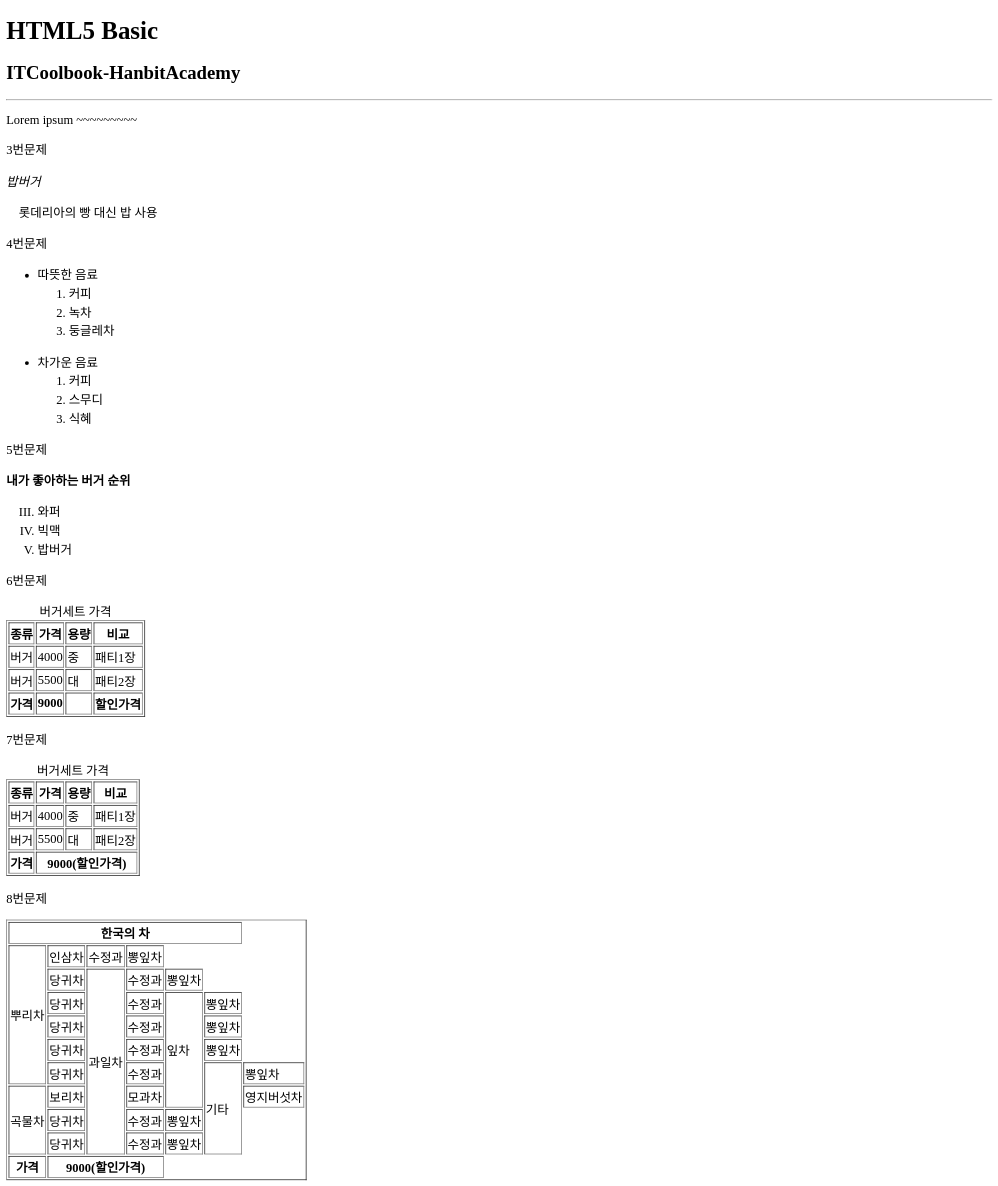
Repository: Johyerim06/Class_internetProgramming
Page: class01/dd/연습문제.html
These files come from the project's save history. The page is drawn as it stood at one moment and after the next save; the edit follows.
The browser window is 1280 px wide. The pictures show the whole page, at 78% of full size.

Above is the page before, as saved 2025-03-13 12:49:40.

### class01/dd/연습문제.html
<!DOCTYPE html>
<html>
<head>
<meta charset="UTF-8">
<title>Insert title here</title>
</head>
<body>
<h1>HTML5 Basic</h1>
<h2>ITCoolbook-HanbitAcademy</h2>
<hr>
<p>Lorem ipsum ~~~~~~~~~</p>


<p>3번문제</p>
<p><i>밥버거</i></p>
<p>&emsp;롯데리아의 빵 대신 밥 사용</p>


<p>4번문제</p>
<ul>
	<li>따뜻한 음료</li>
	<ol>
		<li>커피</li>
		<li>녹차</li>
		<li>둥글레차</li>
	</ol>
</ul>
<ul>
	<li>차가운 음료</li>
	<ol>
		<li>커피</li>
		<li>스무디</li>
		<li>식혜</li>
	</ol>
</ul>

<p>5번문제</p>
<p><b>내가 좋아하는 버거 순위</b></p>
<ol type ="I" start = "3">
	<li>와퍼</li>
	<li>빅맥</li>
	<li>밥버거</li>
</ol>

<p>6번문제</p>

	<table border="1">
		<caption>버거세트 가격</caption>
		<!-- 테이블 제목 -->
		<thead>
			<!-- 테이블 가장 상위 행, 컬럼명 -->
			<tr>
				<th>종류</th>
				<th>가격</th>
				<th>용량</th>
				<th>비교</th>
			</tr>
		</thead>
		<!-- 테이블 시작 -->
		<tr>
			<td>버거</td>
			<td>4000</td>
			<td>중</td>
			<td>패티1장</td>
		</tr>
		<!-- 1행 -->
		<tr>
			<td>버거</td>
			<td>5500</td>
			<td>대</td>
			<td>패티2장</td>
		</tr>
		<tfoot>
			<tr>
				<th>가격</th>
				<th>9000</th>
				<th></th>
				<th>할인가격</th>
				<!-- 열을합치는 속성 : rowspan -->
			</tr>
		</tfoot>
	</table>

<p>7번문제</p>

	<table border="1">
		<caption>버거세트 가격</caption>
		<!-- 테이블 제목 -->
		<thead>
			<!-- 테이블 가장 상위 행, 컬럼명 -->
			<tr>
				<th>종류</th>
				<th>가격</th>
				<th>용량</th>
				<th>비교</th>
			</tr>
		</thead>
		<!-- 테이블 시작 -->
		<tr>
			<td>버거</td>
			<td>4000</td>
			<td>중</td>
			<td>패티1장</td>
		</tr>
		<!-- 1행 -->
		<tr>
			<td>버거</td>
			<td>5500</td>
			<td>대</td>
			<td>패티2장</td>
		</tr>
		<tfoot>
			<tr>
				<th>가격</th>
				<th colspan = "3">9000(할인가격)</th>
				<!-- 열을합치는 속성 : rowspan -->
			</tr>
		</tfoot>
	</table>

<p>8번문제</p>

	<table border="1">
		<thead>
			<!-- 테이블 가장 상위 행, 컬럼명 -->
			<tr>
				<th colspan = "6">한국의 차</th>
			</tr>
		</thead>
		<!-- 테이블 시작 -->
		<tr>
			<td rowspan = "6">뿌리차</td>
			<td>인삼차</td>
			<td>수정과</td>
			<td>뽕잎차</td>
		</tr>
		<!-- 1행 -->
		<tr>
			<td>당귀차</td>
			<td rowspan = "9">과일차</td>
			<td>수정과</td>
			<td>뽕잎차</td>
		</tr>
		<tr>
			<td>당귀차</td>
			<td>수정과</td>
			<td rowspan = "5">잎차</td>
			<td>뽕잎차</td>
		</tr>
		<tr>
			<td>당귀차</td>
			<td>수정과</td>
			<td>뽕잎차</td>
		</tr>
		<tr>
			<td>당귀차</td>
			<td>수정과</td>
			<td>뽕잎차</td>
		</tr>
		<tr>
			<td>당귀차</td>
			<td>수정과</td>
			<td rowspan = "4">기타</td>
			<td>뽕잎차</td>
		</tr>
		<tr>
			<td rowspan = "3">곡물차</td>
			<td>보리차</td>
			<td>모과차</td>
			<td>영지버섯차</td>
		</tr>
		<tr>
			<td>당귀차</td>
			<td>수정과</td>
			<td>뽕잎차</td>
		</tr>
		<tr>
			<td>당귀차</td>
			<td>수정과</td>
			<td>뽕잎차</td>
		</tr>

		<tfoot>
			<tr>
				<th>가격</th>
				<th colspan = "3">9000(할인가격)</th>
				<!-- 열을합치는 속성 : rowspan -->
			</tr>
		</tfoot>
	</table>

</body>
</html>

After the next save:
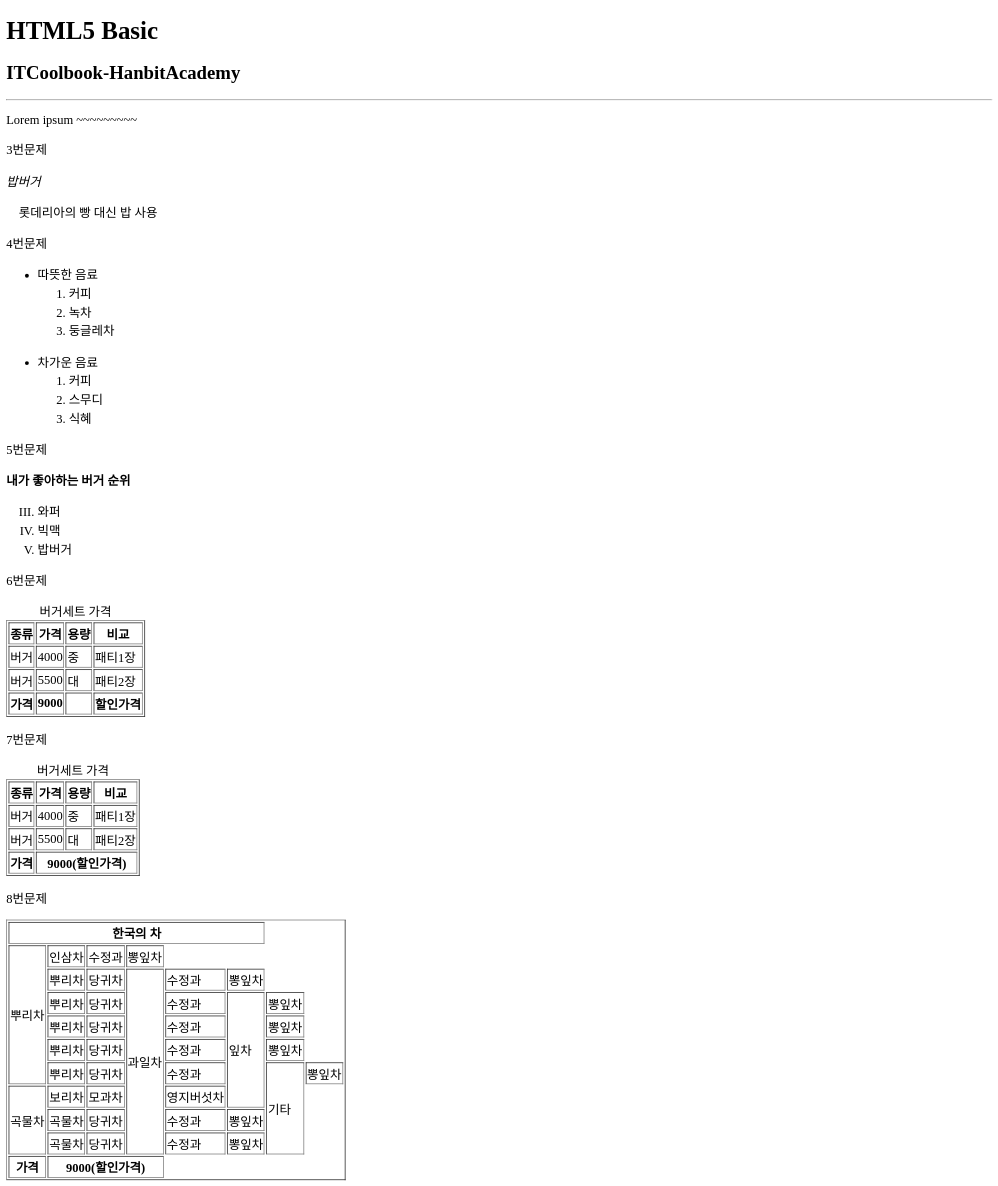
Saved 2 min 27 s later.
--- a/class01/dd/연습문제.html
+++ b/class01/dd/연습문제.html
@@ -136,28 +136,33 @@
 		</tr>
 		<!-- 1행 -->
 		<tr>
+			<td>뿌리차</td>
 			<td>당귀차</td>
 			<td rowspan = "9">과일차</td>
 			<td>수정과</td>
 			<td>뽕잎차</td>
 		</tr>
 		<tr>
+			<td>뿌리차</td>
 			<td>당귀차</td>
 			<td>수정과</td>
 			<td rowspan = "5">잎차</td>
 			<td>뽕잎차</td>
 		</tr>
 		<tr>
-			<td>당귀차</td>
-			<td>수정과</td>
-			<td>뽕잎차</td>
-		</tr>
-		<tr>
-			<td>당귀차</td>
-			<td>수정과</td>
-			<td>뽕잎차</td>
-		</tr>
-		<tr>
+			<td>뿌리차</td>
+			<td>당귀차</td>
+			<td>수정과</td>
+			<td>뽕잎차</td>
+		</tr>
+		<tr>
+			<td>뿌리차</td>
+			<td>당귀차</td>
+			<td>수정과</td>
+			<td>뽕잎차</td>
+		</tr>
+		<tr>
+			<td>뿌리차</td>
 			<td>당귀차</td>
 			<td>수정과</td>
 			<td rowspan = "4">기타</td>
@@ -170,11 +175,13 @@
 			<td>영지버섯차</td>
 		</tr>
 		<tr>
-			<td>당귀차</td>
-			<td>수정과</td>
-			<td>뽕잎차</td>
-		</tr>
-		<tr>
+			<td>곡물차</td>
+			<td>당귀차</td>
+			<td>수정과</td>
+			<td>뽕잎차</td>
+		</tr>
+		<tr>
+			<td>곡물차</td>
 			<td>당귀차</td>
 			<td>수정과</td>
 			<td>뽕잎차</td>

After the save that followed:
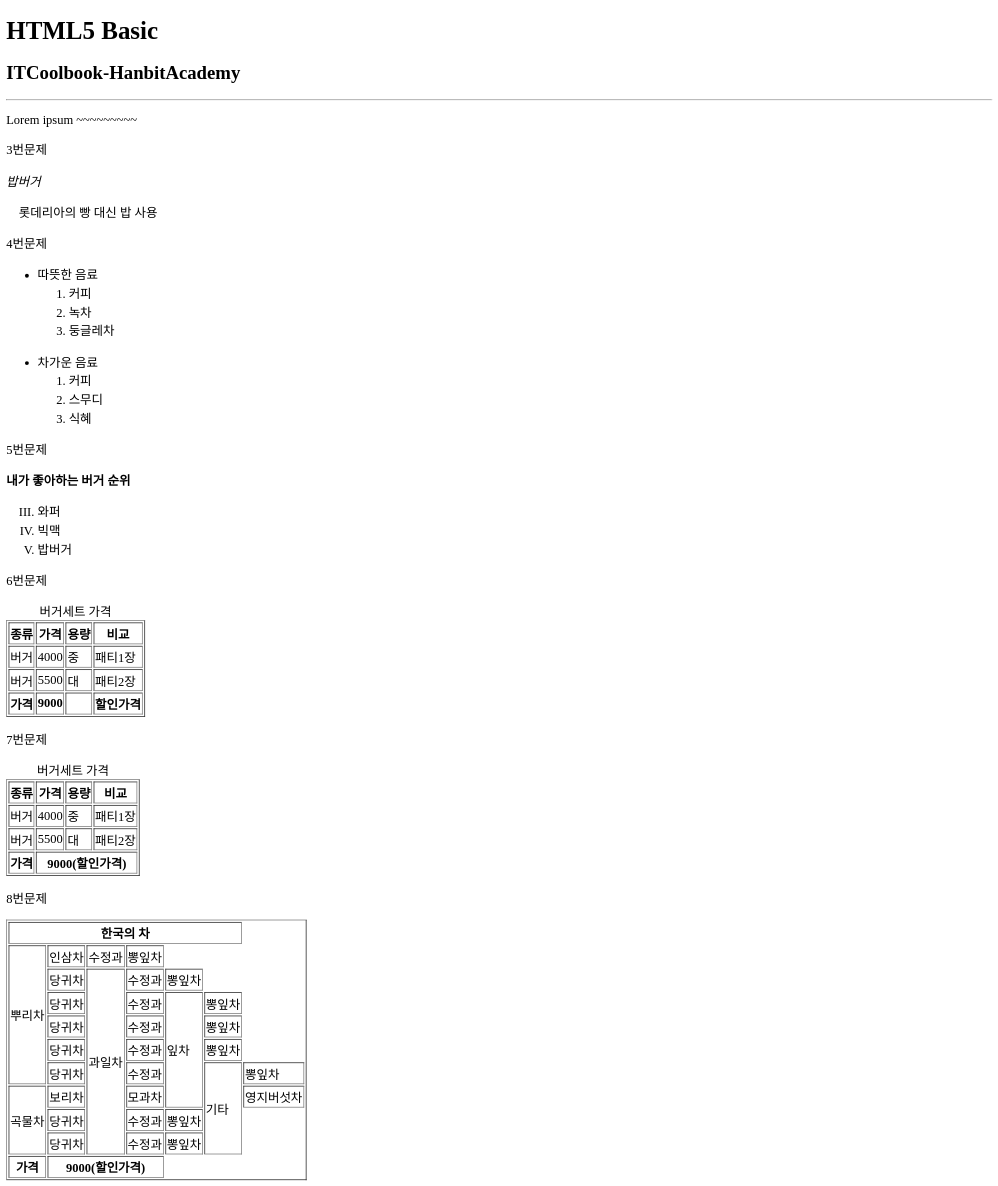
Saved 54 s later.
--- a/class01/dd/연습문제.html
+++ b/class01/dd/연습문제.html
@@ -136,33 +136,28 @@
 		</tr>
 		<!-- 1행 -->
 		<tr>
-			<td>뿌리차</td>
 			<td>당귀차</td>
 			<td rowspan = "9">과일차</td>
 			<td>수정과</td>
 			<td>뽕잎차</td>
 		</tr>
 		<tr>
-			<td>뿌리차</td>
 			<td>당귀차</td>
 			<td>수정과</td>
 			<td rowspan = "5">잎차</td>
 			<td>뽕잎차</td>
 		</tr>
 		<tr>
-			<td>뿌리차</td>
 			<td>당귀차</td>
 			<td>수정과</td>
 			<td>뽕잎차</td>
 		</tr>
 		<tr>
-			<td>뿌리차</td>
 			<td>당귀차</td>
 			<td>수정과</td>
 			<td>뽕잎차</td>
 		</tr>
 		<tr>
-			<td>뿌리차</td>
 			<td>당귀차</td>
 			<td>수정과</td>
 			<td rowspan = "4">기타</td>
@@ -175,13 +170,11 @@
 			<td>영지버섯차</td>
 		</tr>
 		<tr>
-			<td>곡물차</td>
 			<td>당귀차</td>
 			<td>수정과</td>
 			<td>뽕잎차</td>
 		</tr>
 		<tr>
-			<td>곡물차</td>
 			<td>당귀차</td>
 			<td>수정과</td>
 			<td>뽕잎차</td>
